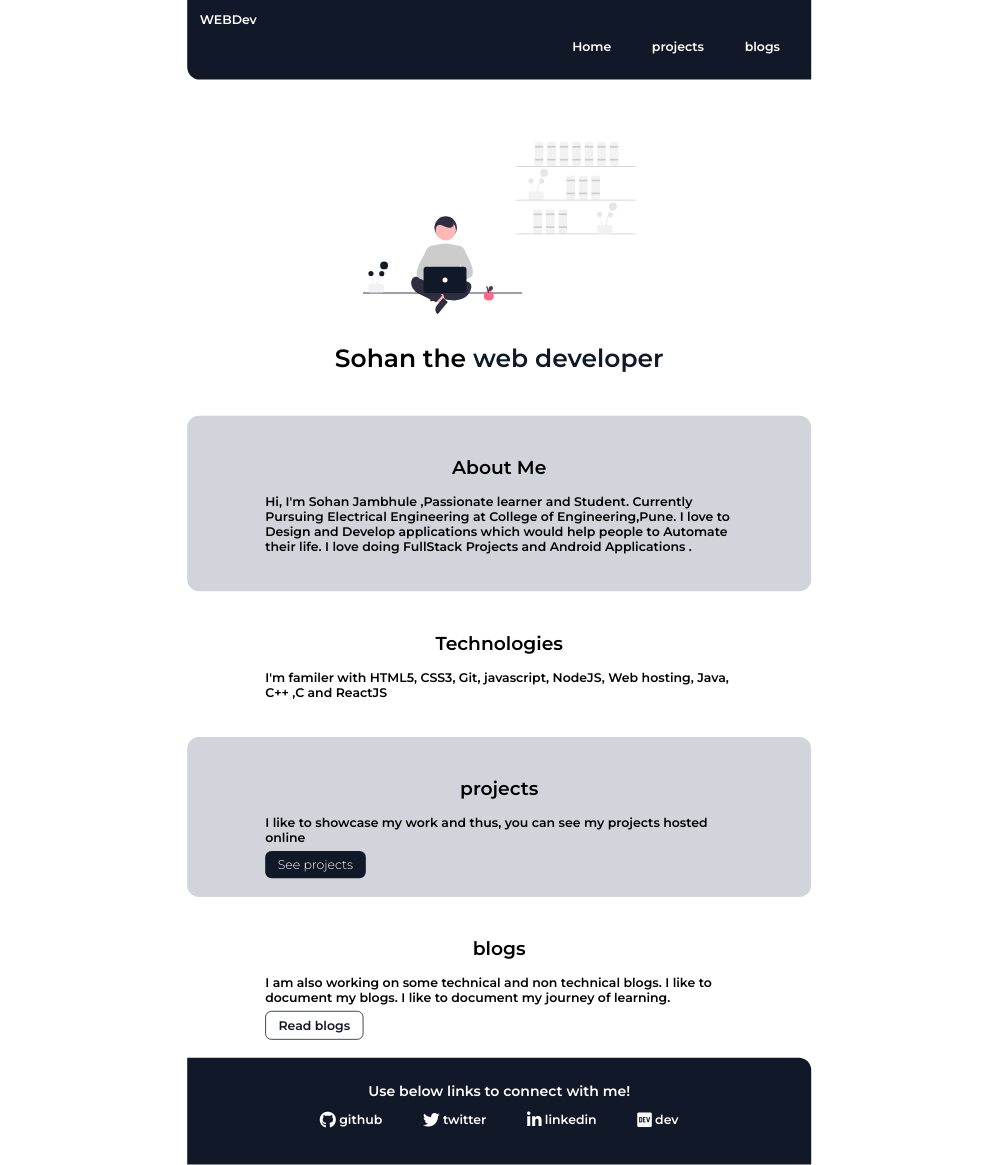
Repository: sohan2503001/Portfolio
Page: index.html
An editor plug-in stored every save of this project. The page is shown before and after a run of saves, followed by the edit.
The browser window is 1280 px wide. The pictures show the whole page, at 78% of full size.

Above is the page before, as saved 2021-05-11 17:56:04.

### index.html
<!DOCTYPE html>
<html lang="en">

<head>
  <meta charset="UTF-8" />
  <meta name="viewport" content="width=device-width, initial-scale=1.0" />
  <title>home | Sohan Jambhule</title>
  <link rel="stylesheet" href="style.css" />
  <link rel="stylesheet" href="https://cdnjs.cloudflare.com/ajax/libs/font-awesome/5.15.1/css/all.min.css">
  <link rel="stylesheet" href="https://cdn.jsdelivr.net/npm/boxicons@latest/css/boxicons.min.css">
  <link rel="icon" href="images/favicon.svg" sizes="any" type="image/svg+xml">

</head>

<body>

  <nav class="navigation container">
    <div class="nav-brand">WEBDev</div>
    <ul class="list-non-bullet nav-pills">
      <li class="list-item-inline">
        <a class="link link-active" href="/">Home</a>
      </li>
      <li class="list-item-inline">
        <a class="link link-active" href="projects.html">projects</a>
      </li>
      <li class="list-item-inline">
        <a class="link link-active" href="blogs.html">blogs</a>
      </li>
    </ul>
  </nav>

  <header class="hero">
    <img class="hero-img" src="images/hero.svg" alt="" />
    <h1 class="hero-heading">
      Sohan the <span class="heading-inverted"> web developer</span>
    </h1>
  </header>

  <section class="section ow">
    <div class="container container-center">
      <h1>About Me</h1>
      <p>
        Hi, I'm Sohan Jambhule ,Passionate learner and Student.
        Currently Pursuing Electrical Engineering at College of Engineering,Pune.
        I love to Design and Develop applications which would help people to Automate their life.
        I love doing FullStack Projects and Android Applications .
      </p>
    </div>
  </section>

  <section class="section">
    <div class="container container-center">
      <h1>Technologies</h1>
      <p>
        I'm familer with HTML5, CSS3, Git, javascript, NodeJS, Web hosting,
        Java, C++ ,C and ReactJS
      </p>
    </div>
  </section>

  <section class="section ow">
    <div class="container container-center">
      <h1>projects</h1>
      <p>
        I like to showcase my work and thus, you can see my projects hosted
        online
      </p>
      <a class="link link-primary" href="projects.html">See projects</a>
    </div>
  </section>

  <section class="section ">
    <div class="container container-center">
      <h1>blogs</h1>
      <p>
        I am also working on some technical and non technical blogs. I like to
        document my blogs. I like to document my journey of learning.
      </p>
      <a class="link link-secondary" href="blogs.html">Read blogs</a>
    </div>
  </section>

  <footer class="footer">
    <div class="footer-header">Use below links to connect with me!</div>
    <ul class="social-links list-non-bullet">
      <li class="list-item-inline">
        <a class="link" href="https://github.com/sohan2503001" target="_blank"><i class="fab fa-github fa-lg" aria-hidden="true"></i>
          <strong>github</strong>
        </a>
      </li>
      <li class="list-item-inline">
        <a class="link" href="https://twitter.com/JambhuleSohan" target="_blank"><i class="fab fa-twitter fa-lg"></i>
          <strong>twitter</strong>
        </a>
      </li>
      <li class="list-item-inline">
        <a class="link" href="https://www.linkedin.com/in/sohan-jambhule-144528198/" target="_blank"><i class="fab fa-linkedin-in fa-lg"></i>
          <strong>linkedin</strong>
        </a>
      </li>
      <li class="list-item-inline">
        <a class="link" href="https://dev.to/sohan25" target="_blank"><i class="fab fa-dev fa-lg"></i>
          <strong>dev</strong>
        </a>
      </li>

    </ul>
  </footer>

</body>

</html>

### style.css
@import url('https://fonts.googleapis.com/css2?family=Montserrat:wght@300;600&display=swap');

:root{
    --primary-color: #111827;
    --dark-gray: #4B5563;
    --off-white: #D1D5DB;
}

body {
    font-family: 'Montserrat', sans-serif;
    margin: auto;
    max-width: 800px;
    width: 100%;
}

hr{
    margin: 2rem 0rem;
}

/** container **/
.container{
    padding: 0rem 1rem;
}

.container-center{
    max-width: 600px;
    margin: auto;
}

/** links **/
.link{
    text-decoration: none;
    padding: 0.5rem 1rem;
    /*margin: 1rem 0rem 1rem 0rem;*/
}

.link-primary{
    background-color: var(--primary-color);
    border-radius: 0.5rem;
    color:white;
}

.link-secondary{
    color: var(--primary-color);
    border-radius: 0.5rem;
    border: 1px solid var(--primary-color);
    font-weight: bold;
}

/** lists **/

.list-non-bullet{
    list-style: none;
}

.list-item-inline{
    display: inline;
    padding: 0rem 0.5rem;
}

/** navigation **/

.navigation{
    background-color: var(--primary-color);
    color: white;
    padding: 1rem;
    border-bottom-left-radius: 1rem;
}

.navigation .nav-brand{
    font-weight: bold;
}

.navigation .nav-pills{
    text-align: right;
}

.navigation .link{
    color: white;
}

.navigation .link-active{
    font-weight: bold;
}

/**Projects**/
.box-contain{
    border: 2px solid var(--primary-color);
    padding: 2rem;
    border-top-left-radius: 15px;
    border-bottom-right-radius: 15px;
    margin: 1rem 0rem;
}

/**header **/

.hero{
    padding: 2rem;
    padding-top: 5rem;
}

.hero .hero-img{
    max-width: 350px;
    display: block;
    margin: auto;
}

.hero .hero-heading{
    padding-top: 1rem;
    color: var(--dark-red);
    text-align: center;
}

.hero .hero-heading .heading-inverted{
    color: var(--primary-color)
}

/** section **/
.section{
    padding: 2rem;
    border-radius: 15px;
}

.section h1{
    text-align: center;
    font-weight: bolder;
}

.ow {
    background-color: var(--off-white);
}

.section p{
    font-weight: bold;
}

/**footer **/

.footer{
    background-color: var(--primary-color);
    padding: 2rem;
    text-align: center;
    color: white;
    border-top-right-radius: 1rem;
}

.footer .link{
    color: white;
}

.footer .footer-header{
    font-weight: bold;
    font-size: large;
}

.footer ul{
    padding-inline-start: 0px;
}

After the next 2 saves:
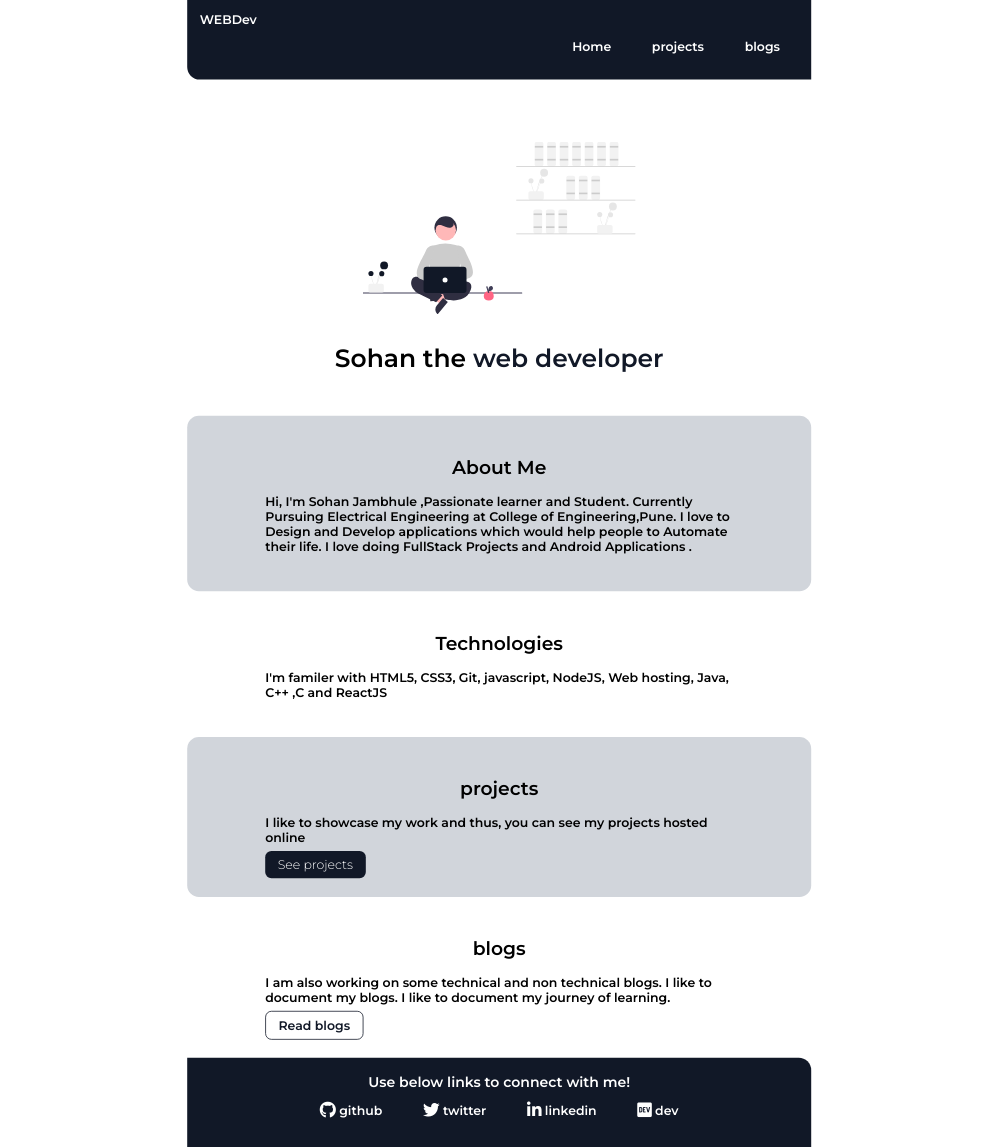
The 2 saves are shown as one change because they came seconds apart.
The last was saved 20 s later.
--- a/style.css
+++ b/style.css
@@ -138,7 +138,7 @@ hr{
 
 .footer{
     background-color: var(--primary-color);
-    padding: 2rem;
+    padding: 1.3rem;
     text-align: center;
     color: white;
     border-top-right-radius: 1rem;
